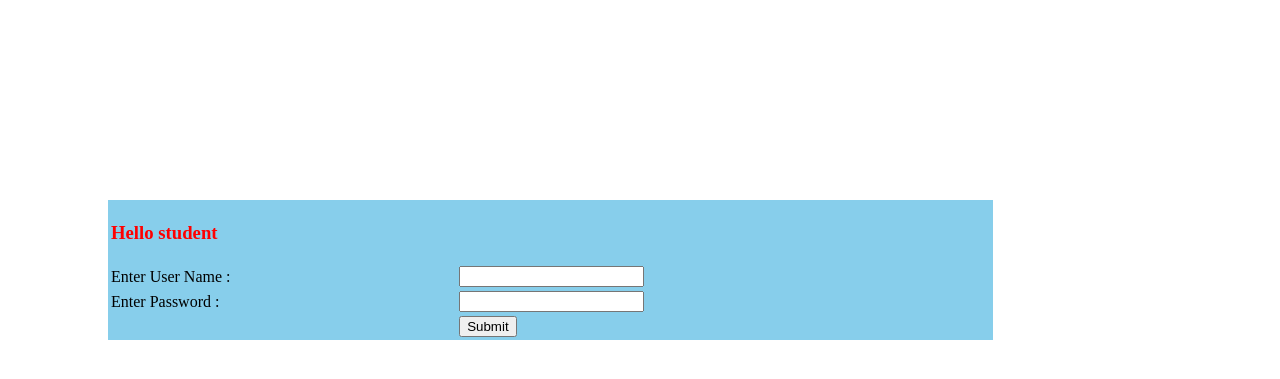
Repository: shulamitProjects/Java
Page: http://localhost/ProjectLibary/LoginTeacher.jsp
The author's editor kept a copy of each file at every save. The page is drawn from the files as they stood at one save, then again after the next save.
The browser window is 1280 px wide. The pictures show the whole page.
The page is served by Tomcat 10.

Above is the page before, as saved 2024-01-29 10:24:33.

After the next save:
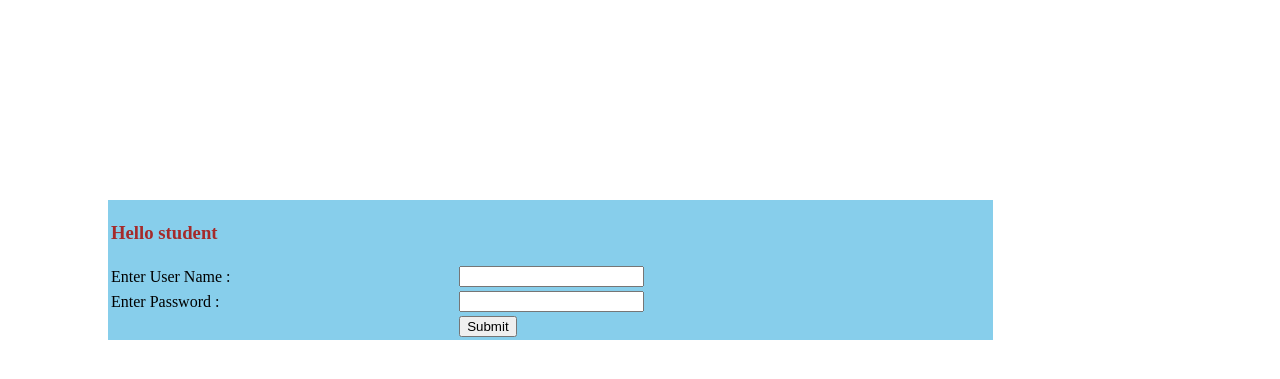
Saved 11 s later.
--- a/project/project_25-01/ProjectLibary/src/main/webapp/LoginTeacher.jsp
+++ b/project/project_25-01/ProjectLibary/src/main/webapp/LoginTeacher.jsp
@@ -15,7 +15,7 @@
 
 			<tr>
 				<td>
-					<h3 style="color: red">Hello student</h3>
+					<h3 style="color: brown">Hello student</h3>
 				</td>
 			</tr>
 			<tr>
